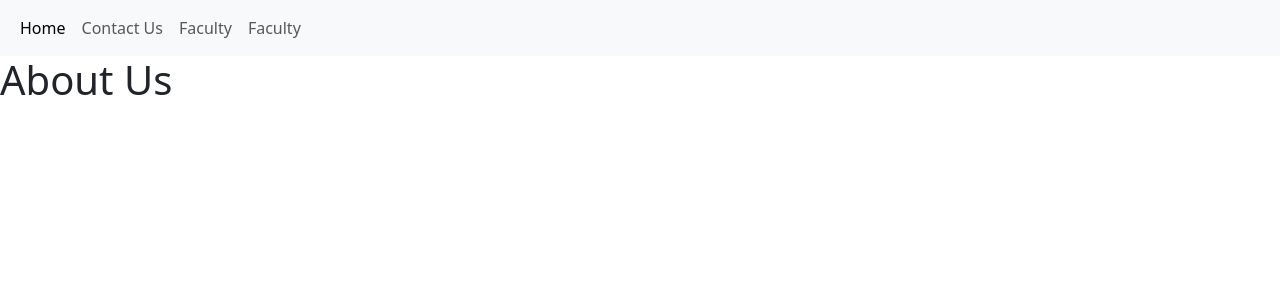
Repository: arafatmollah/cetl
Page: About.html
The author's editor kept a copy of each file at every save. The page is drawn from the files as they stood at one save, then again after the next save.
The browser window is 1280 px wide. The pictures show the whole page.

Above is the page before, as saved 2023-05-17 21:23:51.

### About.html
<!doctype html>
<html lang="en">
  <head>
    <meta charset="utf-8">
    <meta name="viewport" content="width=device-width, initial-scale=1">
    <title>Bootstrap demo</title>
    <link href="https://cdn.jsdelivr.net/npm/bootstrap@5.3.0-alpha3/dist/css/bootstrap.min.css" rel="stylesheet" integrity="sha384-KK94CHFLLe+nY2dmCWGMq91rCGa5gtU4mk92HdvYe+M/SXH301p5ILy+dN9+nJOZ" crossorigin="anonymous">
  </head>
  <body>
    <nav class="navbar navbar-expand-lg bg-body-tertiary bg-dark text-white">
        <div class="container-fluid">
          <button class="navbar-toggler" type="button" data-bs-toggle="collapse" data-bs-target="#navbarNav" aria-controls="navbarNav" aria-expanded="false" aria-label="Toggle navigation">
            <span class="navbar-toggler-icon"></span>
          </button>
          <div class="collapse navbar-collapse" id="navbarNav">
            <ul class="navbar-nav">
              <li class="nav-item">
                <a class="nav-link active" aria-current="page" href="home.html">Home</a>
              </li>
              <li class="nav-item">
                <a class="nav-link" href="About.html">Contact Us</a>
              </li>
              <li class="nav-item">
                <a class="nav-link" href="Faculty.html">Faculty</a>
              </li>
              <li class="nav-item">
                <a class="nav-link" href="#">Faculty</a>
              </li>
            </ul>
          </div>
        </div>
      </nav>
    <section>
        <h1>About Us</h1>
    <p>

    </p>
    </section>
    <script src="https://cdn.jsdelivr.net/npm/bootstrap@5.3.0-alpha3/dist/js/bootstrap.bundle.min.js" integrity="sha384-ENjdO4Dr2bkBIFxQpeoTz1HIcje39Wm4jDKdf19U8gI4ddQ3GYNS7NTKfAdVQSZe" crossorigin="anonymous"></script>
  </body>
</html>

After the next save:
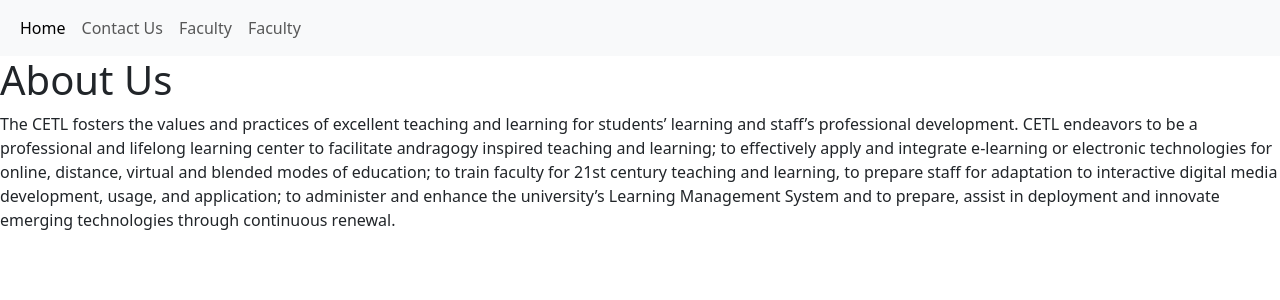
Saved 52 s later.
--- a/About.html
+++ b/About.html
@@ -33,7 +33,9 @@
     <section>
         <h1>About Us</h1>
     <p>
+        The CETL fosters the values and practices of excellent teaching and learning for students’ learning and staff’s professional development.
 
+CETL endeavors to be a professional and lifelong learning center to facilitate andragogy inspired teaching and learning; to effectively apply and integrate e-learning or electronic technologies for online, distance, virtual and blended modes of education; to train faculty for 21st century teaching and learning, to prepare staff for adaptation to interactive digital media development, usage, and application; to administer and enhance the university’s Learning Management System and to prepare, assist in deployment and innovate emerging technologies through continuous renewal.
     </p>
     </section>
     <script src="https://cdn.jsdelivr.net/npm/bootstrap@5.3.0-alpha3/dist/js/bootstrap.bundle.min.js" integrity="sha384-ENjdO4Dr2bkBIFxQpeoTz1HIcje39Wm4jDKdf19U8gI4ddQ3GYNS7NTKfAdVQSZe" crossorigin="anonymous"></script>
